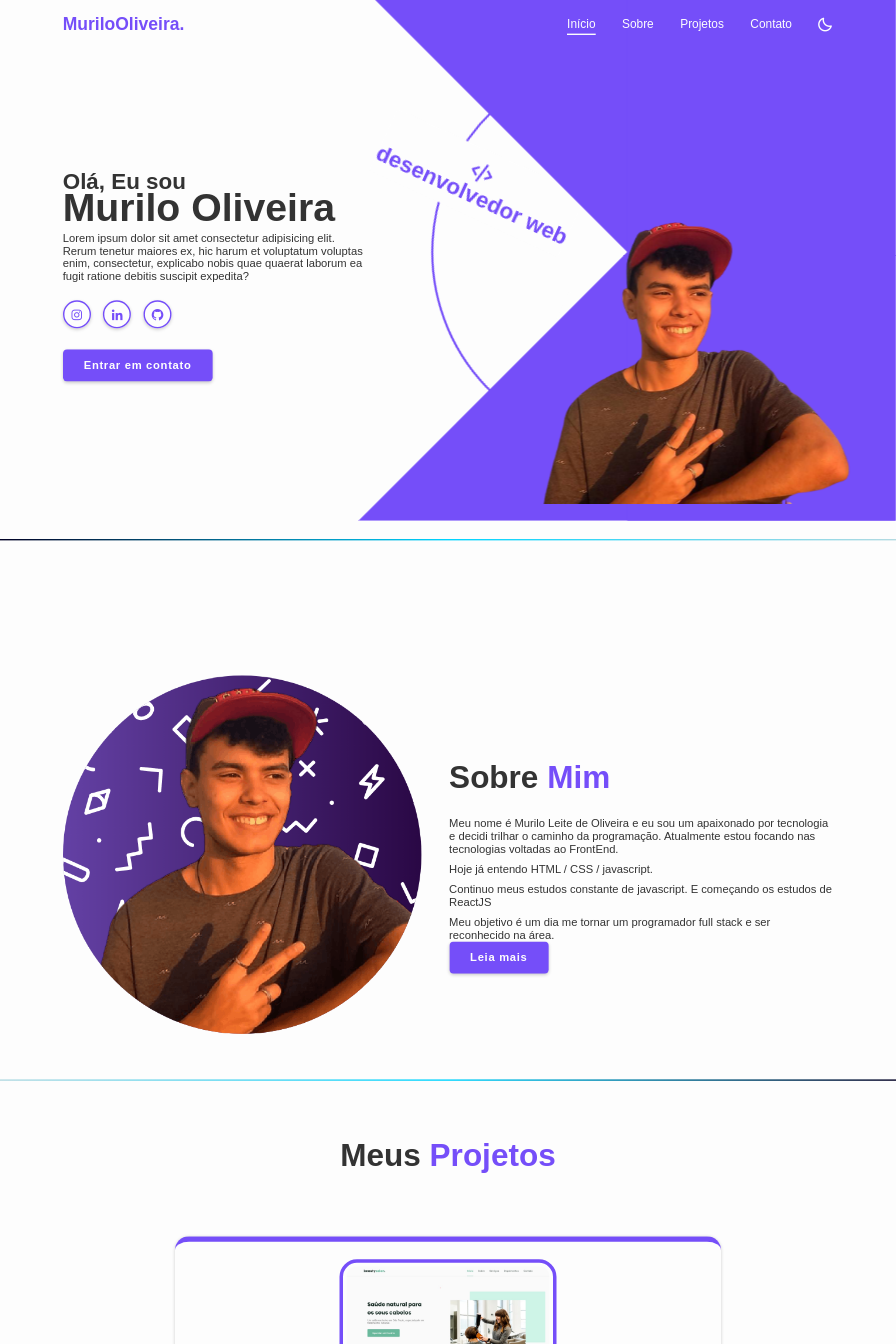
Repository: devMuriloOliveira/Portfolio-
Page: index.html
The author's editor kept a copy of each file at every save. The page is drawn from the files as they stood at one save, then again after the next save.
The browser window is 1280 px wide. The pictures show the part of the page from y = 0 to 1920 px (the page is 3045 px tall), at 70% of full size.
Some web fonts or font styles are not loaded; a fallback is used.

Above is the page before, as saved 2023-03-14 20:40:30.

After the next save:
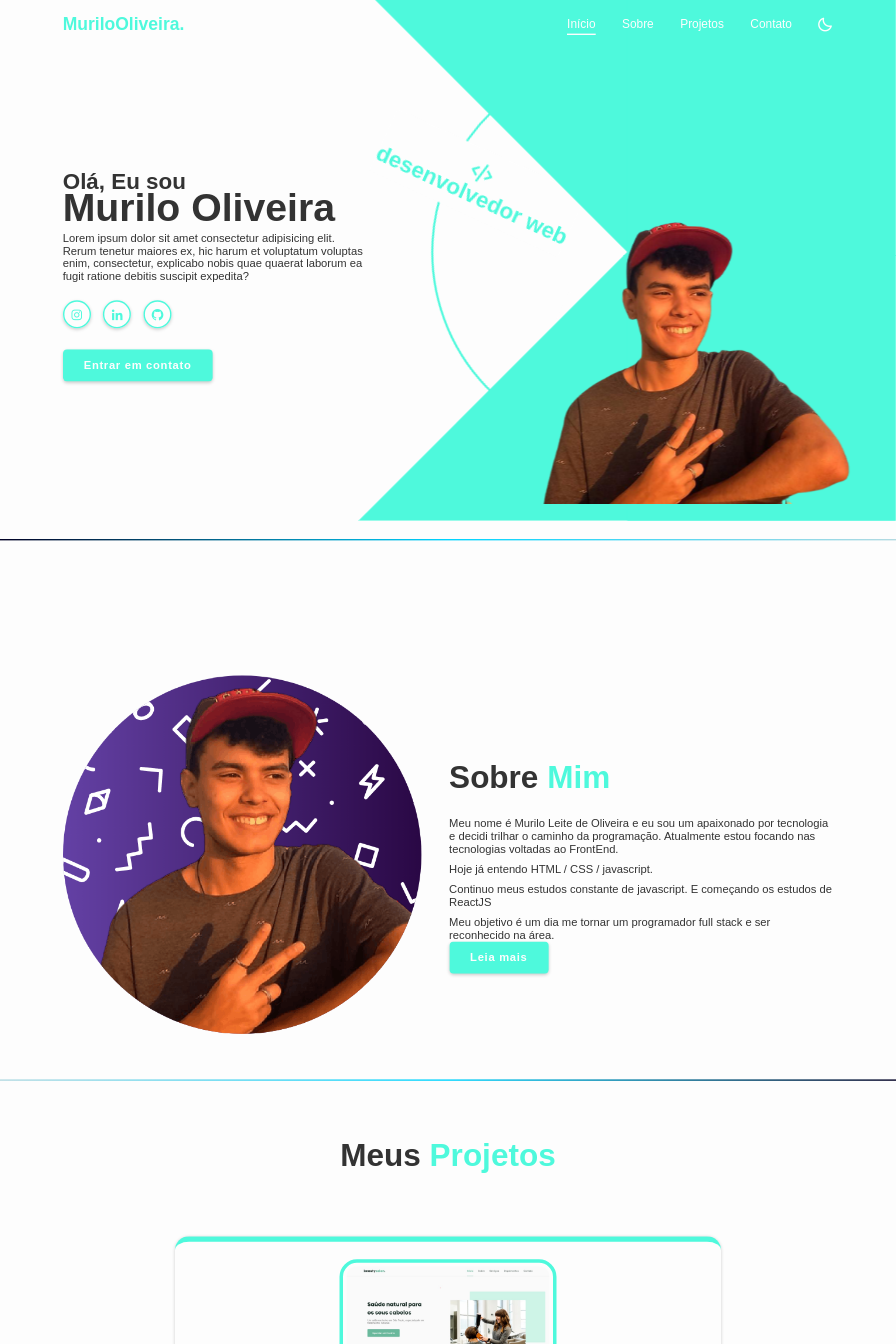
Saved 20 h 44 min later.
--- a/style.css
+++ b/style.css
@@ -12,7 +12,7 @@
 :root{
   --bg-color: #fdfdfd;
   --text-color: #333;
-  --main-color: #754ef9;
+  --main-color: #4ef9dc;
   --white-color: #fdfdfd;
   --shadow-color: rgba(0, 0, 0, .2);
 }
